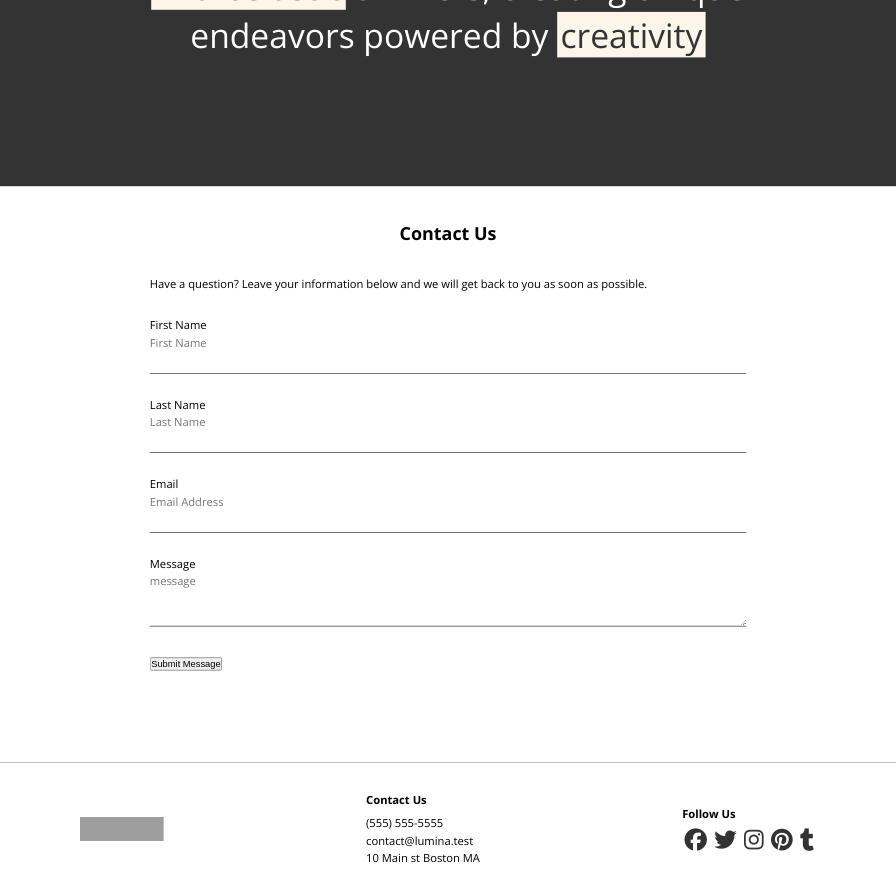
Repository: AchrafAzzaoui/lumina-creative-html-css-project
Page: lumina-creative/contact.html
The author's editor kept a copy of each file at every save. The page is drawn from the files as they stood at one save, then again after the next save.
The browser window is 1280 px wide. The pictures show the part of the page from y = 380 to 2300 px (the page is 1660 px tall before and 2300 px after), at 70% of full size.
Pictures or frames that could not be fetched are drawn as grey boxes. A picture or video elsewhere on the page could not be fetched, so the positions and the page height are approximate. Some web libraries are served in a nearby version.

Above is the page before, as saved 2024-08-22 22:23:21.

After the next save:
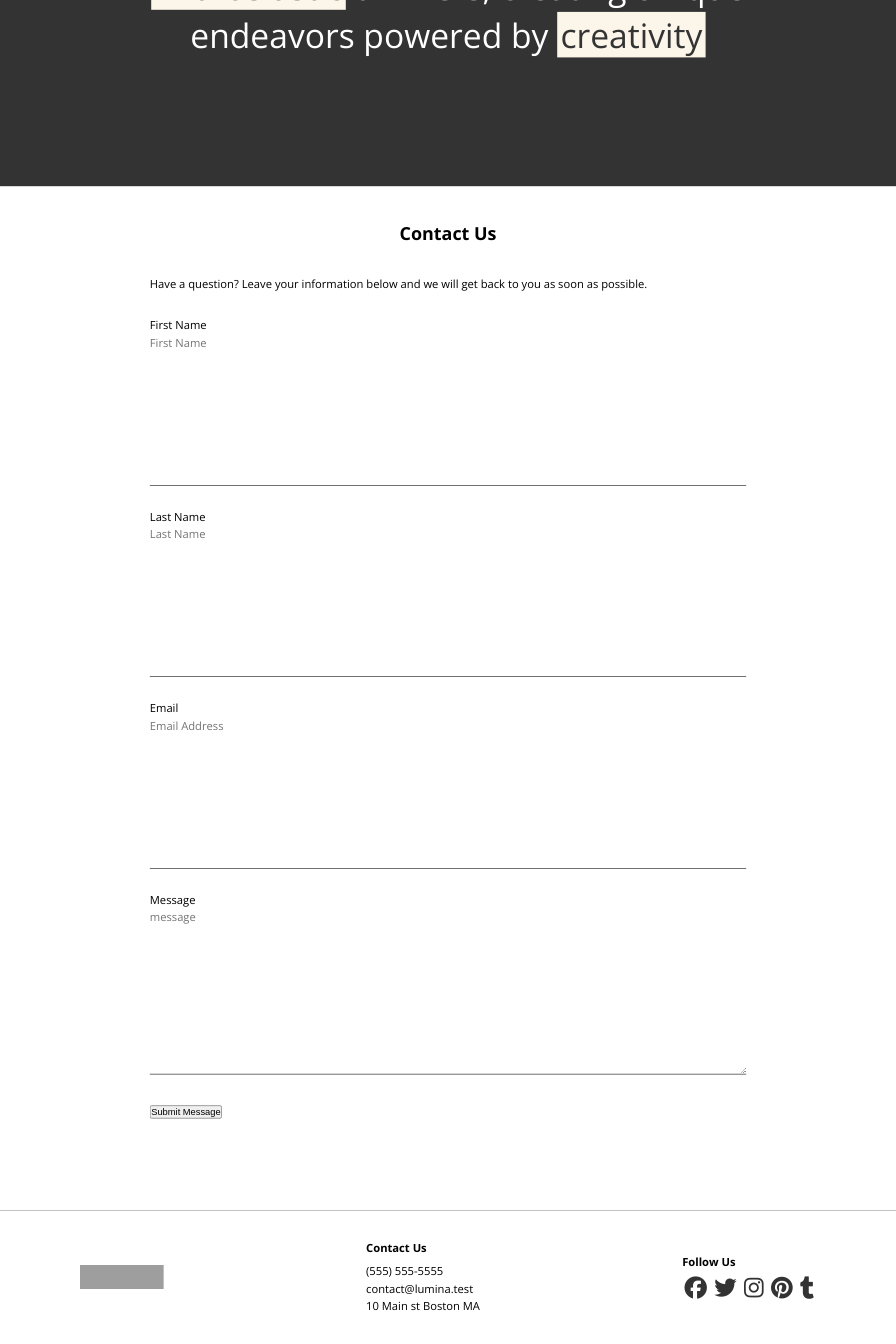
Saved 8 s later.
--- a/lumina-creative/css/styles.css
+++ b/lumina-creative/css/styles.css
@@ -199,7 +199,7 @@
   width: 100%;
   font-family: inherit;
   font-size: inherit;
-  padding-bottom: 2rem;
+  padding-bottom: 12rem;
 }
 
 /* Media Queries */

After the save that followed:
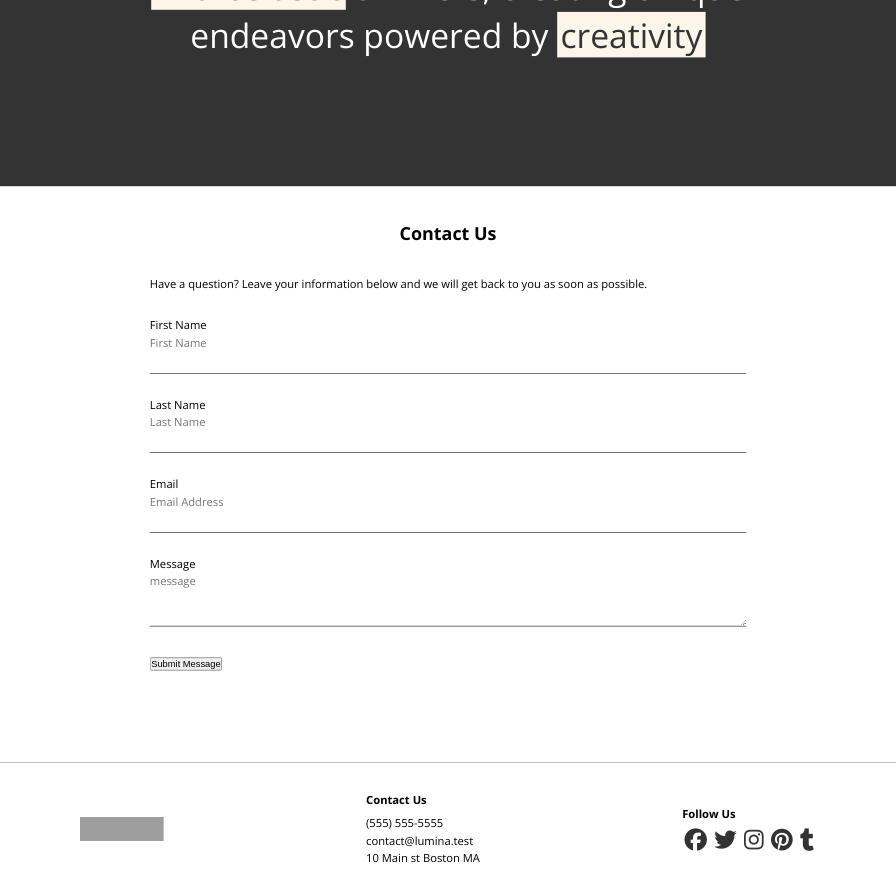
Saved 9 s later.
--- a/lumina-creative/css/styles.css
+++ b/lumina-creative/css/styles.css
@@ -199,7 +199,7 @@
   width: 100%;
   font-family: inherit;
   font-size: inherit;
-  padding-bottom: 12rem;
+  padding-bottom: 2rem;
 }
 
 /* Media Queries */
